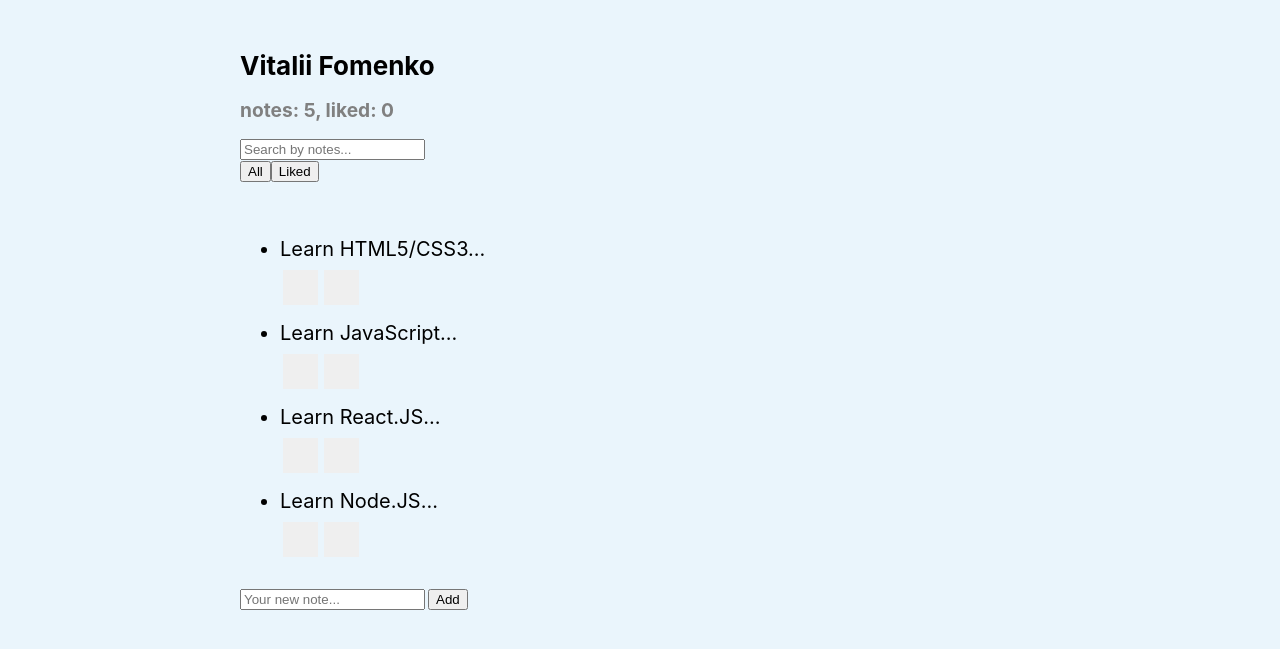
Repository: vitfomenko/react-notes-app
Page: /
An editor plug-in stored every save of this project. The page is shown before and after the next save, followed by the edit.
The browser window is 1280 px wide. The pictures show the whole page.
The project was rebuilt for these pictures with package versions that can differ from the ones it lists, and the page was loaded fresh each time.

Above is the page before, as saved 2021-01-05 11:38:12.

### src/components/app/app.js
import React from 'react';

import AppHeader from '../app-header';
import SearchPanel from '../search-panel';
import PostStatusFilter from '../post-status-filter';
import PostList from '../post-list';
import PostAddForm from '../post-add-form';

import './app.css';

const App = () => {
    return(
        <div className="app">
            <AppHeader />
            <div className="search-panel d-flex">
                <SearchPanel />
                <PostStatusFilter />
            </div>
            <PostList />
            <PostAddForm />
        </div>
    )
}

export default App;

### src/components/app-header/app-header.js
import React from 'react';

import './app-header.css';

const AppHeader = () => {
    return (
        <div className="app-header d-flex">
            <h1>Vitalii Fomenko</h1>
            <h2>notes: 5, liked: 0</h2>
        </div>
    )
}

export default AppHeader;

### src/components/search-panel/search-panel.js
import React from 'react';

import './search-panel.css';

const SearchPanel = () => {
    return (
        <input
            className="form-control search-input"
            type="text"
            placeholder="Search by notes..."
        />
    )
}

export default SearchPanel;

### src/components/post-status-filter/post-status-filter.js
import React from 'react';

import './post-status-filter.css';

const PostStatusFilter = () => {
    return (
        <div className="btn-group">
            <button type="button" className="btn btn-info">All</button>
            <button type="button" className="btn btn-outline-secondary">Liked</button>
        </div>
    )
}

export default PostStatusFilter;

### src/components/post-list/post-list.js
import React from 'react';

import PostListItem from '../post-list-item';

import './post-list.css';

const PostList = () => {
    return (
        <ul className="app-list list-group">
            <PostListItem label='Learn HTML5/CSS3...' important />
            <PostListItem label='Learn JavaScript...' />
            <PostListItem label='Learn React.JS...' />
            <PostListItem label='Learn Node.JS...' />
        </ul>
    )
}

export default PostList;

### src/components/post-add-form/post-add-form.js
import React from 'react';

import './post-add-form.css';

const PostAddForm = () => {
    return (
        <form className="bottom-panel d-flex">
            <input
                type="text"
                placeholder="Your new note..."
                className="form-control new-post-label"
            />
            <button
                type="submit"
                className="btn btn-outline-secondary"
            >
                Add
            </button>

        </form>
    )
}

export default PostAddForm;

### src/components/post-list-item/post-list-item.js
import React from 'react';

import './post-list-item.css';

const PostListItem = ({label, important = false}) => {

    let classNames = 'app-list-item d-flex justify-content-between';

    if (important) {
        classNames +=" "
    }

    return (
        <li className={classNames}>
            <span className="app-list-item-label">
                {label}
            </span>
            <div className="d-flex justify-content-center align-items-center">
                <button type="button" className="btn-star btn-sm">
                    <i className="fa fa-star"></i>
                </button>
                <button type="button" className="btn-trash btn-sm">
                    <i className="fa fa-trash-o"></i>
                </button>
                <i className="fa fa-heart"></i>
            </div>
        </li>
    )
}

export default PostListItem;

### src/components/post-list-item/post-list-item.css
.app-list-item {
  font-size: 1.25rem;
}

.app-list-item button {
  width: 35px;
  height: 35px;
  margin: 3px;
  font-size: 17px;
  border: none;
  cursor: pointer;
}
.app-list-item button:focus {
    box-shadow: none;
    outline: none;
}
.app-list-item .btn-star {
    color: #FFD700;
}
.app-list-item .btn-trash {
    color: red;
}
.app-list-item .fa-heart {
    width: 35px;
    height: 35px;
    text-align: center;
    line-height: 35px;
    font-size: 16px;
    color: red;
    transition: 0.3s all;
    transform: translateX(30px);
    opacity: 0;
}

.app-list-item-label {
  display: block;
  line-height: 35px;
  cursor: pointer;
  user-select: none;
  transition: 0.5s all;
}

.app-list-item.like .fa-heart {
    opacity: 1;
    transform: translateX(0px);
}

.app-list-item.important .app-list-item-label {
  color: #FFD700;
}

.app-list-item.important .btn-star {
    color: #aeaeae;
}

Loaded but not shown: src/index.js (common file); src/index.css (common file); src/components/app/index.js (common file); src/components/app-header/index.js (common file); src/components/search-panel/index.js (common file); src/components/post-status-filter/index.js (common file); src/components/post-list/index.js (common file); src/components/post-add-form/index.js (common file); src/components/app/app.css (common file); src/components/app-header/app-header.css (common file); src/components/search-panel/search-panel.css (common file); src/components/post-list-item/index.js (common file); src/components/post-list/post-list.css (common file); src/components/post-add-form/post-add-form.css (common file); src/components/post-status-filter/post-status-filter.css (no stored copy; drawn as an empty file)

After the next save:
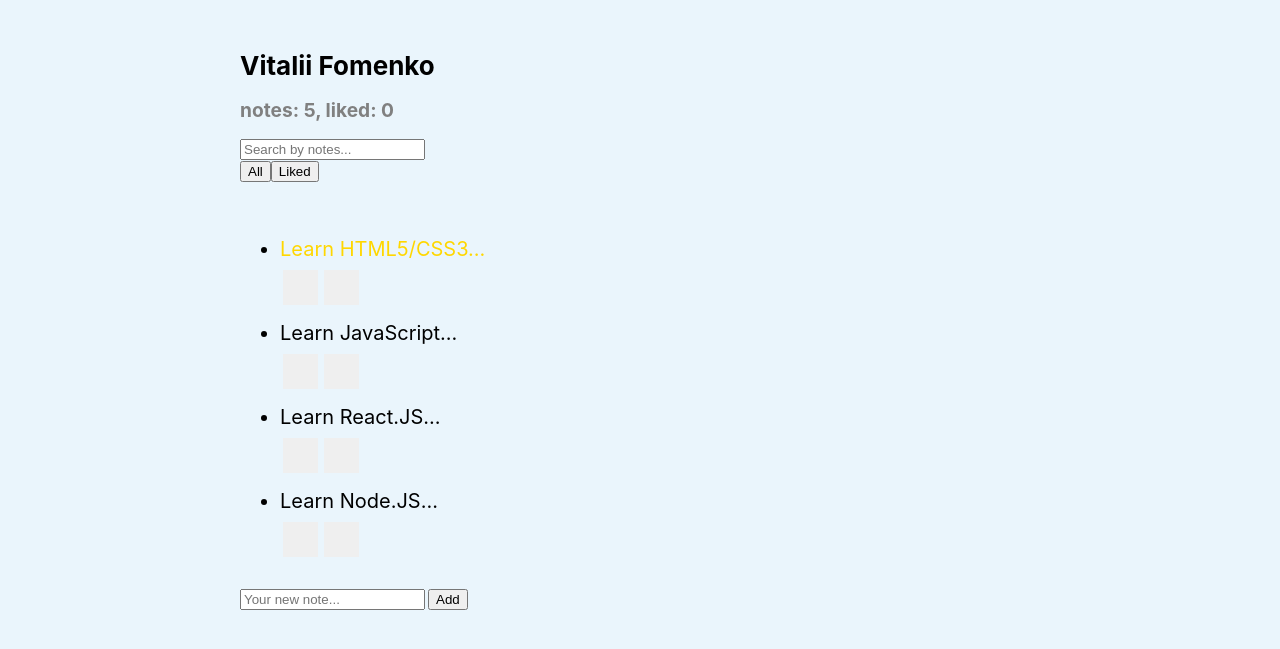
Saved 4 s later.
--- a/src/components/post-list-item/post-list-item.js
+++ b/src/components/post-list-item/post-list-item.js
@@ -7,7 +7,7 @@ const PostListItem = ({label, important = false}) => {
     let classNames = 'app-list-item d-flex justify-content-between';
 
     if (important) {
-        classNames +=" "
+        classNames +=" important"
     }
 
     return (
